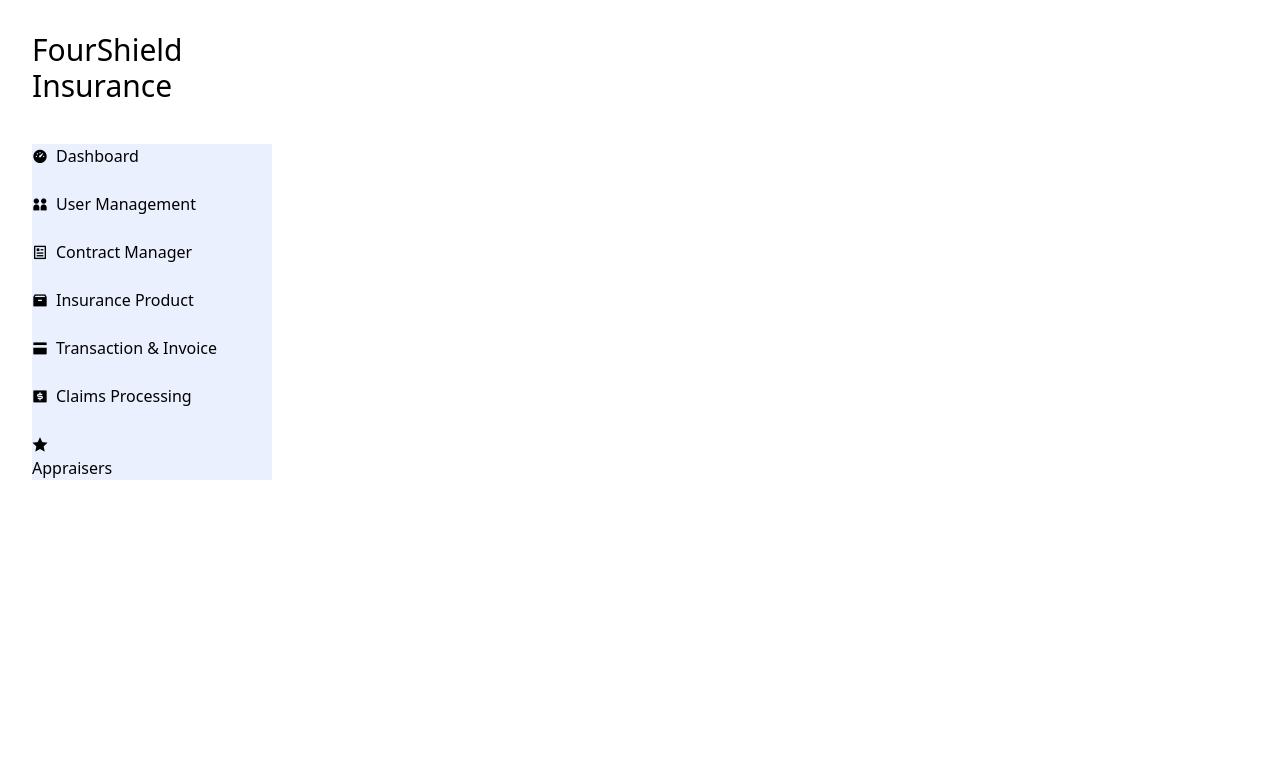
Repository: MockProject9920/MockProject_022025_Nhom4
Page: / (app in frontend/)
These files come from the project's save history. The page is drawn as it stood at one moment and after the next save; the edit follows.
The browser window is 1280 px wide. The pictures show the whole page.
The project was rebuilt for these pictures with package versions that can differ from the ones it lists, and the page was loaded fresh each time. Also part of the build but not shown: frontend/vite.config.js.

Above is the page before, as saved 2025-03-12 14:19:52.

After the next save:
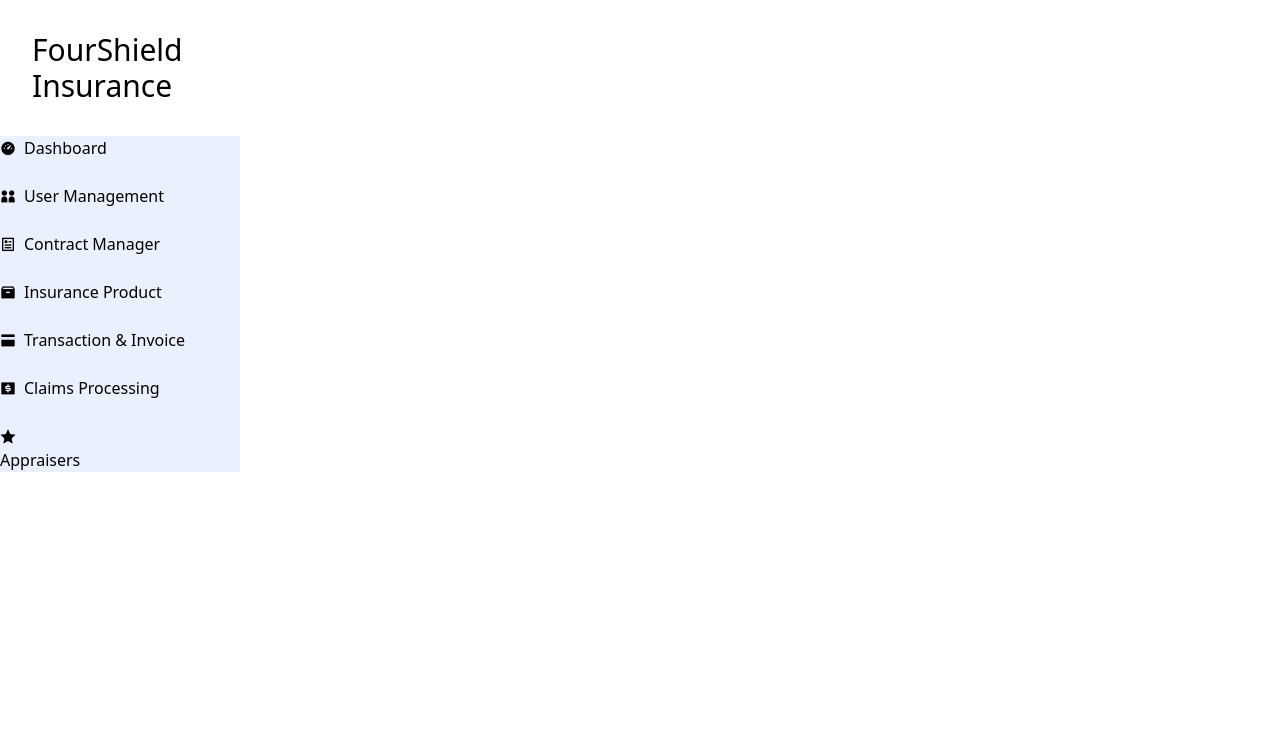
Saved 34 s later.
--- a/frontend/src/components/AdminSidebar.jsx
+++ b/frontend/src/components/AdminSidebar.jsx
@@ -14,8 +14,8 @@ function AdminSidebar() {
     }));
   };
   return (
-    <div className="space-y-10 h-screen w-60 m-8">
-      <p className="text-3xl font-medium">FourShield Insurance</p>
+    <div className="space-y-10 h-screen w-60 ">
+      <p className="text-3xl font-medium m-8">FourShield Insurance</p>
       <div className="space-y-6 w-full bg-[#EBF0FF]">
         <div className="flex space-x-2">
           <i class="ri-dashboard-3-fill"></i>
